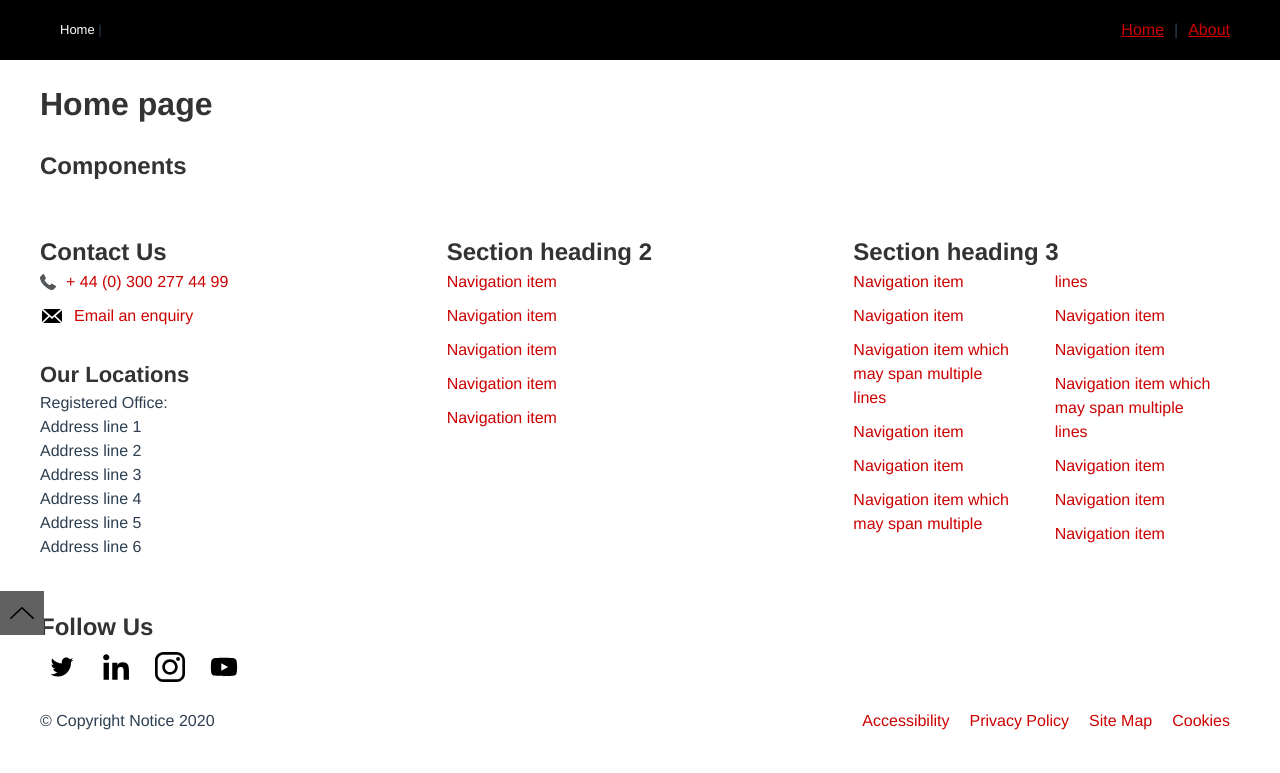
Repository: DaveBaulch/spa
Page: /
These files come from the project's save history. The page is drawn as it stood at one moment and after the next save; the edit follows.
The browser window is 1280 px wide. The pictures show the whole page.
The project was rebuilt for these pictures with package versions that can differ from the ones it lists, and the page was loaded fresh each time. Also part of the build but not shown: src/assets/styles/main.css.

Above is the page before, as saved 2020-10-13 12:50:54.

After the next save:
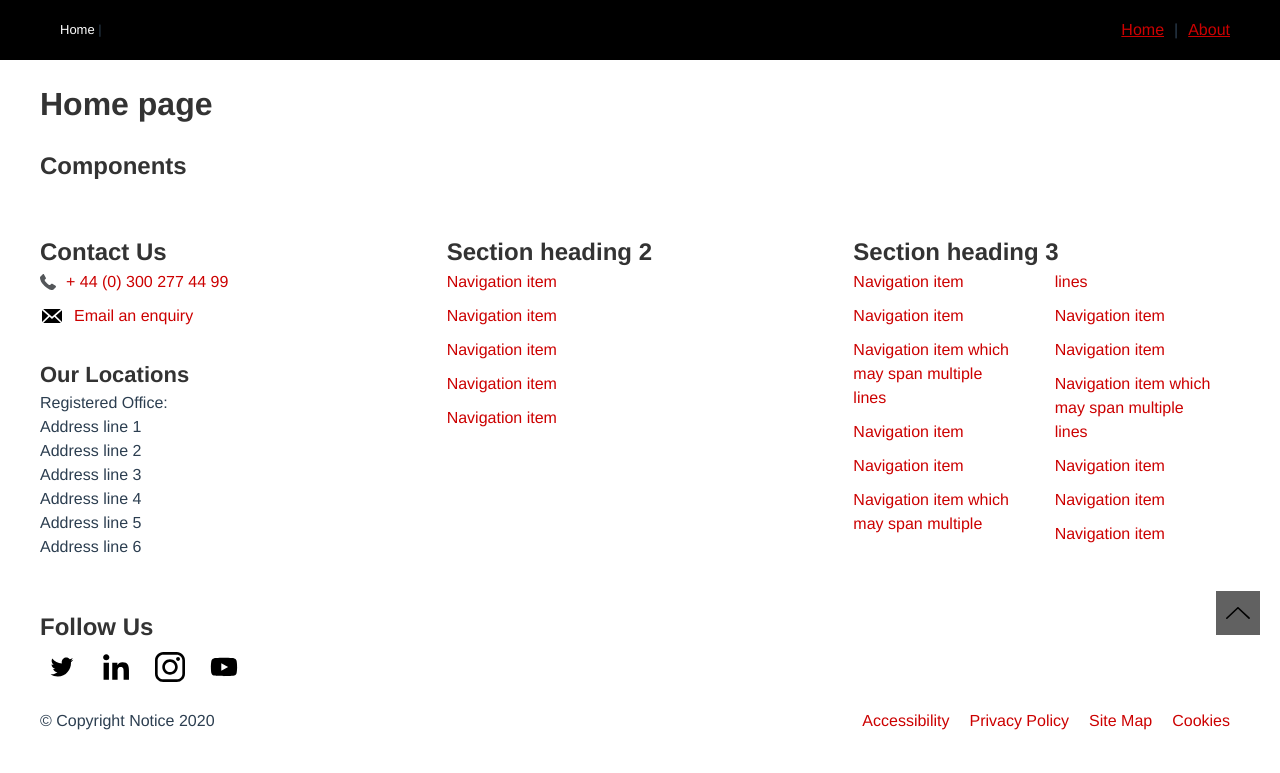
Saved 36 s later.
--- a/src/components/global/TheScrollTopButton.vue
+++ b/src/components/global/TheScrollTopButton.vue
@@ -19,6 +19,7 @@ export default {
   position: fixed;
   z-index: 100;
   bottom: 20px;
+  right: 20px;
   width: 44px;
   height: 44px;
   overflow: hidden;
